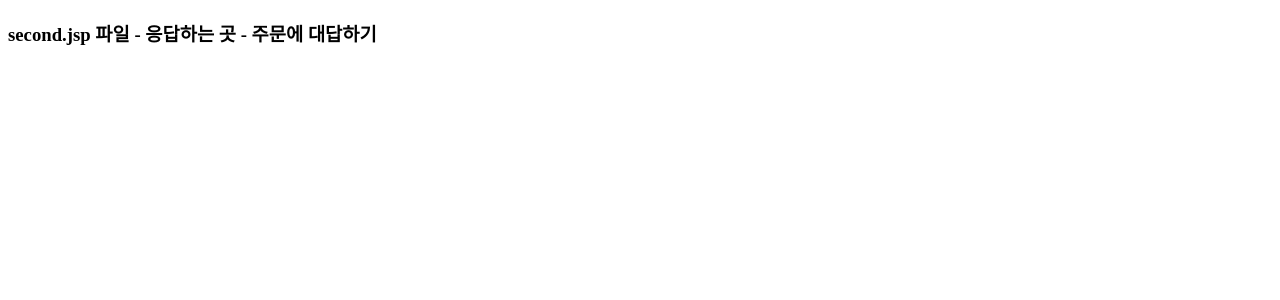
Repository: mi-ci/ai
Page: http://localhost/jsp01/ch04/first.jsp
An editor plug-in stored every save of this project. The page is shown before and after the next save, followed by the edit.
The browser window is 1280 px wide. The pictures show the whole page.
The page is served by Tomcat 9.

Above is the page before, as saved 2024-01-17 05:58:23.

After the next save:
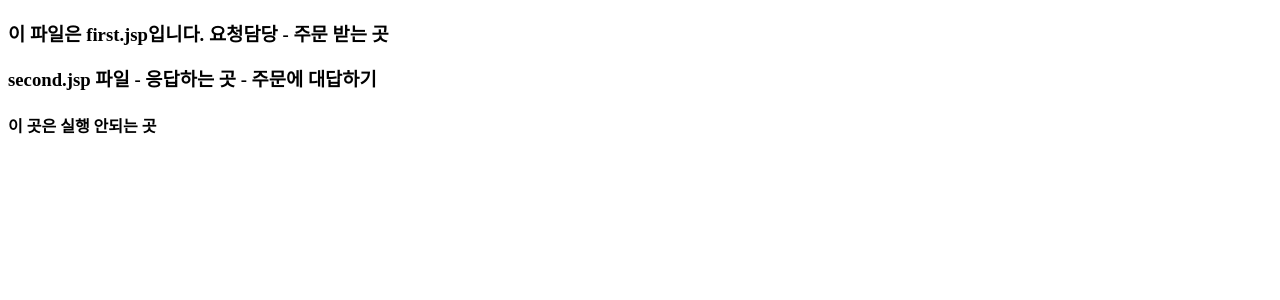
Saved 14 min 18 s later.
--- a/jsp01/src/main/webapp/ch04/first.jsp
+++ b/jsp01/src/main/webapp/ch04/first.jsp
@@ -8,7 +8,7 @@
 </head>
 <body>
 	<h3>이 파일은 first.jsp입니다. 요청담당 - 주문 받는 곳</h3>
-	<jsp:forward page="second.jsp" />
+	<jsp:include page="second.jsp" />
 		<h4>이 곳은 실행 안되는 곳</h4>
 </body>
 </html>
